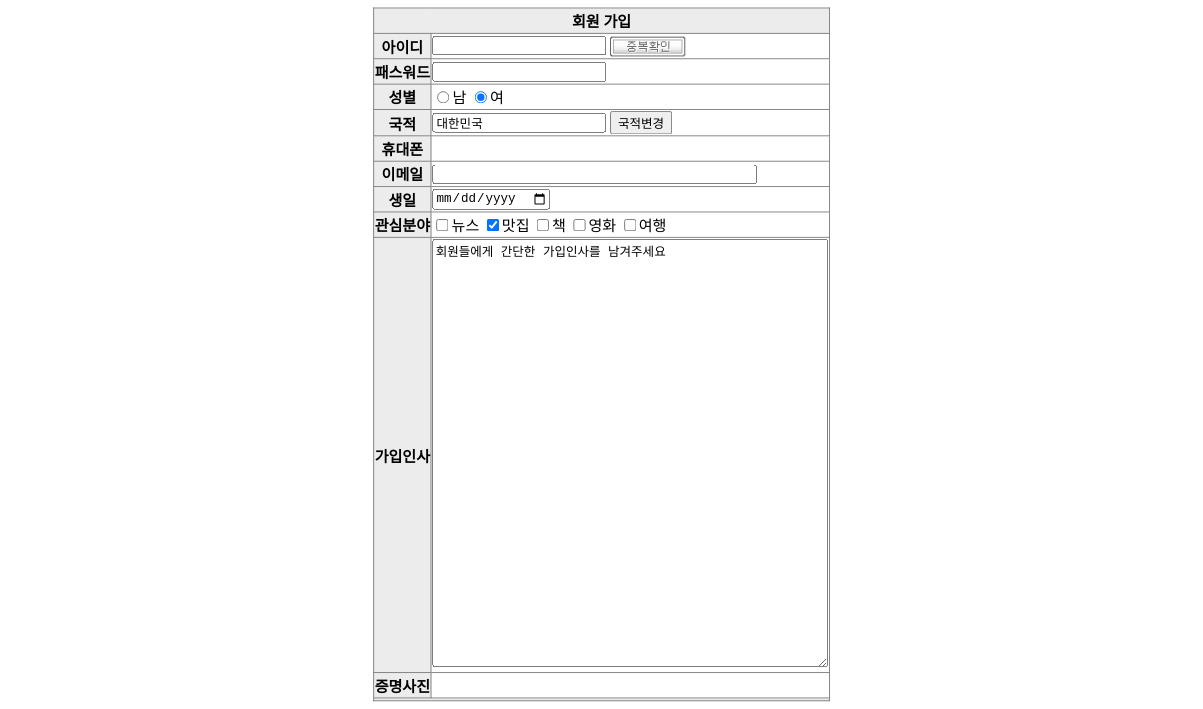
Repository: gyungmean/2020_2_webProgramming
Page: week2/week2/WebContent/Practice02/Practice02.html
These files come from the project's save history. The page is drawn as it stood at one moment and after the next save; the edit follows.
The browser window is 1280 px wide. The pictures show the whole page, at 94% of full size.

Above is the page before, as saved 2020-09-14 07:51:29.

After the next save:
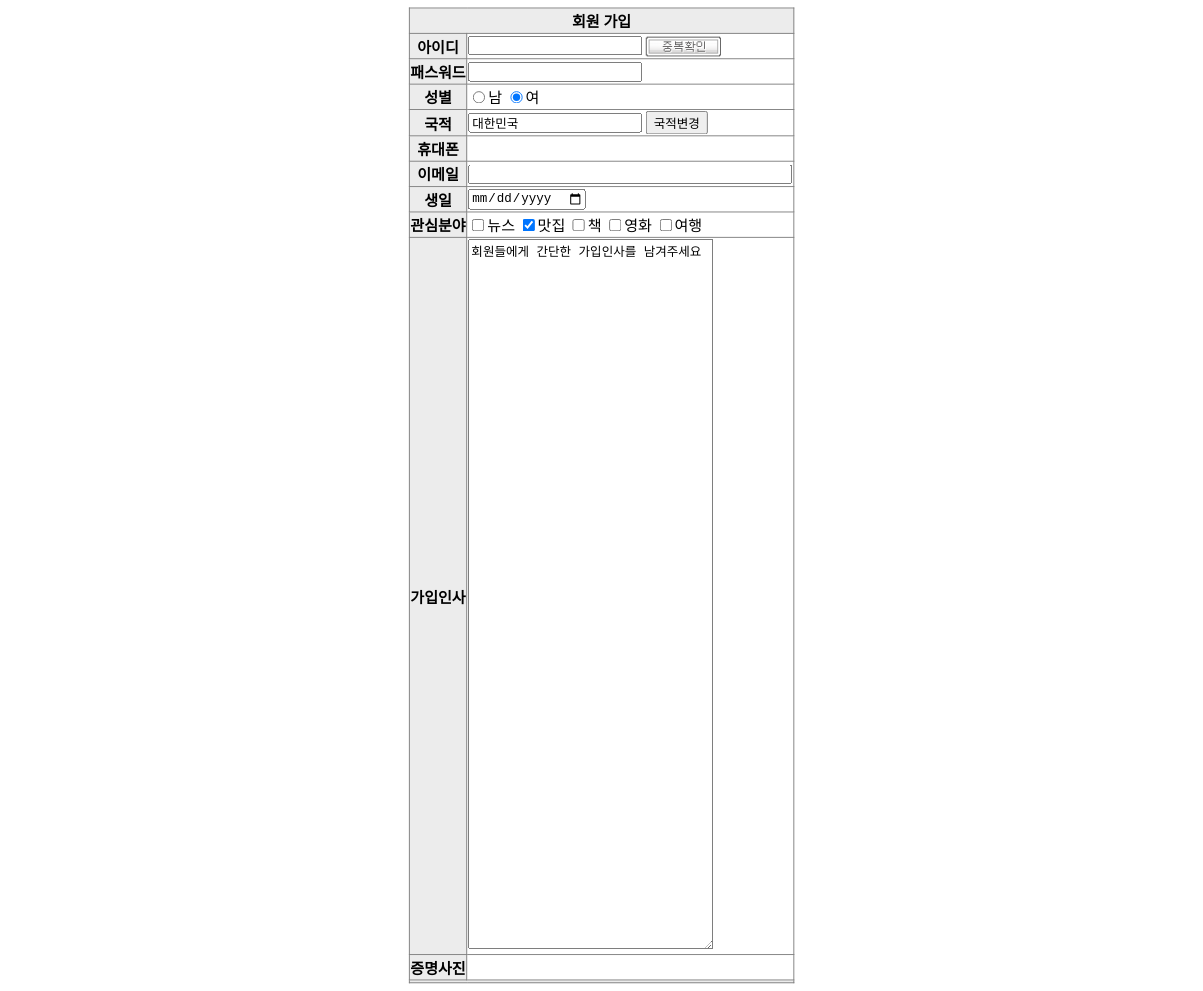
Saved 23 s later.
--- a/week2/week2/WebContent/Practice02/Practice02.html
+++ b/week2/week2/WebContent/Practice02/Practice02.html
@@ -63,7 +63,7 @@
 			</tr>
 			<tr>
 				<td class= title>가입인사</td>
-				<td><textarea cols=50px, rows=30px>회원들에게 간단한 가입인사를 남겨주세요</textarea></td>
+				<td><textarea cols=30px, rows=50px>회원들에게 간단한 가입인사를 남겨주세요</textarea></td>
 			</tr>
 			<tr>
 				<td class= title>증명사진</td>
